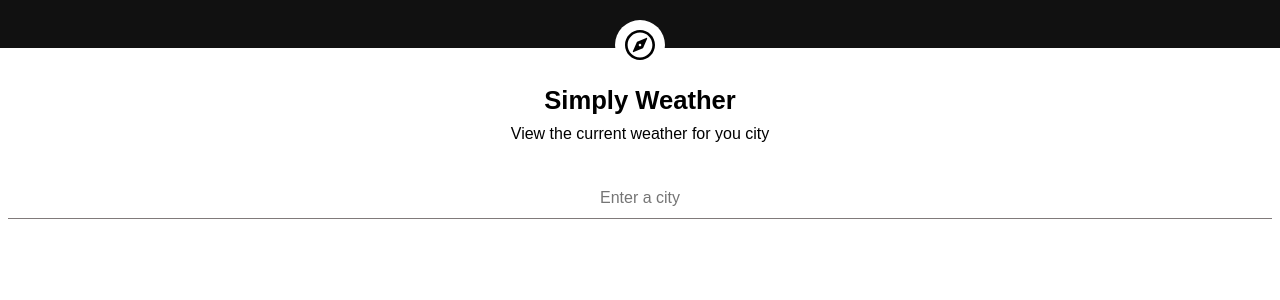
Repository: wellingtondevops/appWeather
Page: http://localhost/
The author's editor kept a copy of each file at every save. The page is drawn from the files as they stood at one save, then again after the next save.
The browser window is 1280 px wide. The pictures show the whole page.
The page is served by the project's Node server (app.js).

Above is the page before, as saved 2020-09-17 11:36:05.

### views/index.ejs
<!DOCTYPE html>
<html lang="en">
  <head>
    <!-- Required meta tags -->
    <meta charset="utf-8" />
    <meta
      name="viewport"
      content="width=device-width, initial-scale=1, shrink-to-fit=no"
    />
    <!-- Bootstrap CSS -->
    <link rel="stylesheet" href="#" />

    <title>Weather App</title>
    <link rel="stylesheet" href="/css/style.css"
  </head>
  <body>
    <div class="container">
      <header>
        <div class="compass-icon"><img src="/icons/compass.svg" alt="" /></div>
      </header>
      <div class="weather-title">
        <h1>Simply Weather</h1>
        <p>View the current weather for you city</p>
      </div>
      <form action="/" method="POST">
        <input
          type="text"
          name="city"
          class="ghost-input"
          placeholder="Enter a city"
        />
      </form>
      <div class="result">
        <% if (temp!== null) {%>
        <h1 class="temp"><%= temp %></h1>
        <% } %>
        <div class="icons-des">
          <% if (icon!== null) {%>
          <img
            clas="icon"
            src="https://openweathermap.org/img/w/<%= icon %>.png"
            alt=""
          />
          <% } %> <% if (des!== null) {%>
          <h3><%= des %></h3>
          <% } %>
        </div>
        <% if (city!== null) {%>
        <p class="city"><%= city %></p>
        <% } %>
      </div>
    </div>
  </body>
</html>

### app.js
const express = require('express')
const app = express()

//middleware

app.use(express.static('public'))
app.use(express.urlencoded({extended:true}))

//Import Routes
const weatherRoute = require('./routes/weather')

// Use view Engine
app.set('view engine','ejs')

//Middleare Route

app.use('/', weatherRoute)

const PORT = process.env.PORT || 3000


app.listen(PORT, ()=>console.log(`Server starting at port ${PORT}`))

### routes/weather.js
const { response } = require('express')
const fetch = require('node-fetch')

const router = require('express').Router()
require('dotenv').config()


router.get("/", (req, res) => {
    res.render('index', {
        city: null,
        des: null,
        icon: null,
        temp: null

    })

})


router.post('/', async (req, res) => {
    const city = req.body.city
    const url_api = `http://api.openweathermap.org/data/2.5/weather?q=${city}&appid=${process.env.API_KEY}`


    try {
        await fetch(url_api)
            .then(res => res.json())
            .then(data => {
                if (data.message === 'city not found') {
                    res.render('index', {
                        city: data.message,
                        des: null,
                        icon: null,
                        temp: null
                    })

                }else{
                    let k = 273.15

                    const city = data.name;
                    const des = data.weather[0].description
                    const icon = data.weather[0].icon
                    const temp = Math.round(data.main.temp - k)


                    res.render('index',{
                        city, des,icon, temp
                    })
                }
            })

    } catch (error) {
        res.render('index',{
            city: 'something wrong"',
            des:null,
            temp:null,
            icon:null
        })

    }


})





module.exports = router

### public/css/style.css
* {
    margin: 0;
    padding: 0;
    box-sizing: border-box;
}

body {
    font-family: Arial, Helvetica, sans-serif;
    line-height: 1.6;
}

header{
    background: #111;
    height: 3rem;
    width: 100%;
    position: relative;
}


header .compass-icon{
    width: 50px;
    height: 50px;
    background: #fff;
    padding: 10px;
    position: absolute;
    left: 50%;
    top:20px;
    transform: translate(-50%);
    border-radius: 50%;
}


.weather-title {
    margin: 2rem 0;
    text-align: center;
  }

  .weather-title h1 {
    font-weight: bold;
    font-size: 1.6rem;
  }

  form {
    padding: 0 .5rem;
  }

  form input {
    width: 100%;
    height: 2.5rem;
    font-size: 1rem;
    outline: none;
    border: none;
    text-align: center;
    border-bottom: 1px solid #807a7a;
  }

  .result {
    text-align: center;
  }

  .result .temp {
    font-size: 2rem;
    margin-top: 2rem;
    position: relative;
  }

  .result .temp::after {
    content: 'o C';
    position: absolute;
    font-size: 15px;
    top: -5px;
    right: 7rem;
  }

  .result .icon-des {
    display: flex;
    align-items: center;
    justify-content: center;
  }

  .result .icon-des .icon {
    margin-right: 1rem;
  }

  .result .city {
    font-size: 1rem;
  }

### public/icons/compass.svg
<?xml version="1.0" encoding="iso-8859-1"?>
<!-- Generator: Adobe Illustrator 19.0.0, SVG Export Plug-In . SVG Version: 6.00 Build 0)  -->
<svg version="1.1" id="Capa_1" xmlns="http://www.w3.org/2000/svg" xmlns:xlink="http://www.w3.org/1999/xlink" x="0px" y="0px"
	 viewBox="0 0 490.667 490.667" style="enable-background:new 0 0 490.667 490.667;" xml:space="preserve">
<g>
	<g>
		<path d="M245.333,0C110.059,0,0,110.059,0,245.333s110.059,245.333,245.333,245.333s245.333-110.059,245.333-245.333
			S380.608,0,245.333,0z M245.333,448c-111.744,0-202.667-90.923-202.667-202.667S133.589,42.667,245.333,42.667
			S448,133.589,448,245.333S357.077,448,245.333,448z"/>
	</g>
</g>
<g>
	<g>
		<path d="M359.552,131.136c-3.093-3.115-7.765-4.011-11.755-2.261l-149.333,64c-2.517,1.067-4.523,3.093-5.611,5.611l-64,149.333
			c-1.728,4.011-0.832,8.661,2.261,11.755c2.048,2.005,4.779,3.093,7.552,3.093c1.408,0,2.837-0.299,4.203-0.853l149.333-64
			c2.517-1.088,4.523-3.093,5.611-5.611l64-149.333C363.52,138.859,362.624,134.208,359.552,131.136z M245.333,266.667
			c-11.755,0-21.333-9.579-21.333-21.333c0-11.755,9.579-21.333,21.333-21.333c11.755,0,21.333,9.579,21.333,21.333
			C266.667,257.088,257.088,266.667,245.333,266.667z"/>
	</g>
</g>
<g>
</g>
<g>
</g>
<g>
</g>
<g>
</g>
<g>
</g>
<g>
</g>
<g>
</g>
<g>
</g>
<g>
</g>
<g>
</g>
<g>
</g>
<g>
</g>
<g>
</g>
<g>
</g>
<g>
</g>
</svg>

After the next save:
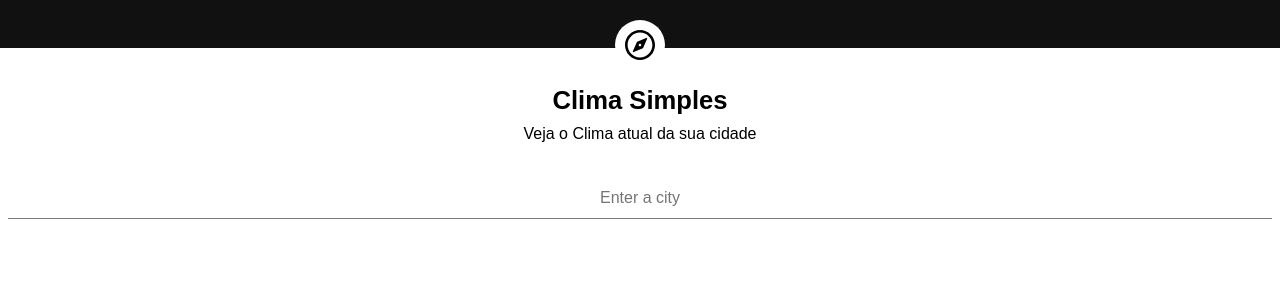
Saved 2 min 13 s later.
--- a/views/index.ejs
+++ b/views/index.ejs
@@ -19,8 +19,8 @@
         <div class="compass-icon"><img src="/icons/compass.svg" alt="" /></div>
       </header>
       <div class="weather-title">
-        <h1>Simply Weather</h1>
-        <p>View the current weather for you city</p>
+        <h1>Clima Simples</h1>
+        <p>Veja o Clima atual da sua cidade</p>
       </div>
       <form action="/" method="POST">
         <input
